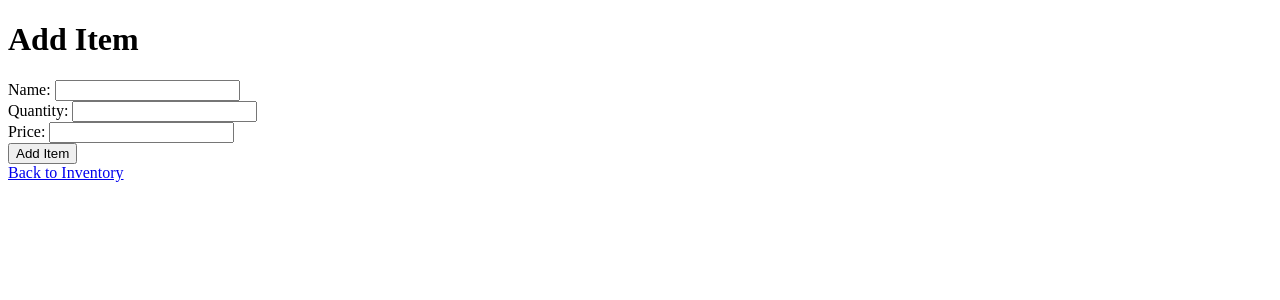
Repository: Stoldark/PLMUN
Page: http://localhost/add
These files come from the project's save history. The page is drawn as it stood at one moment and after the next save; the edit follows.
The browser window is 1280 px wide. The pictures show the whole page.
The page is served by the project's application, run on Flask 3 (tempCodeRunnerFile.py). The user the application loads for id 1 is signed in. The page reads the database file committed with the project.

Above is the page before, as saved 2024-09-22 16:57:53.

### templates/add.html
<!DOCTYPE html>
<html lang="en">
<head>
    <meta charset="UTF-8">
    <meta name="viewport" content="width=device-width, initial-scale=1.0">
    <title>Add Item</title>
</head>
<body>
    <h1>Add Item</h1>
    <form method="post">
        <label for="name">Name:</label>
        <input type="text" name="name" required><br>

        <label for="quantity">Quantity:</label>
        <input type="number" name="quantity" required><br>

        <label for="price">Price:</label>
        <input type="number" step="0.01" name="price" required><br>

        <button type="submit">Add Item</button>
    </form>
    <a href="{{ url_for('index') }}">Back to Inventory</a>
</body>
</html>

### tempCodeRunnerFile.py
from flask import Flask, render_template, request, redirect, session, url_for, flash, jsonify
from flask_wtf import FlaskForm
from wtforms import StringField, PasswordField, SubmitField
from wtforms.validators import DataRequired, Length
from flask_bcrypt import Bcrypt
from flask_login import LoginManager, UserMixin, login_user, logout_user, login_required, current_user
import sqlite3
import os

# Initialize Flask app
app = Flask(__name__)

# Set the secret key for session management
app.config['SECRET_KEY'] = 'your_secret_key'  # Change this to a secure key

# Initialize extensions
bcrypt = Bcrypt(app)
login_manager = LoginManager(app)
login_manager.login_view = 'login'

# Database connection function
def get_db_connection():
    conn = sqlite3.connect('inventory.db')
    conn.row_factory = sqlite3.Row
    return conn

# User model for Flask-Login
class User(UserMixin):
    def __init__(self, id, username, role):
        self.id = id
        self.username = username
        self.role = role

# User loader for Flask-Login
@login_manager.user_loader
def load_user(user_id):
    conn = get_db_connection()
    user = conn.execute('SELECT * FROM users WHERE id = ?', (user_id,)).fetchone()
    conn.close()
    if user:
        return User(user['id'], user['username'], user['role'])
    return None

# Registration form
class RegistrationForm(FlaskForm):
    username = StringField('Username', validators=[DataRequired(), Length(min=4, max=25)])
    password = PasswordField('Password', validators=[DataRequired(), Length(min=6, max=35)])
    role = StringField('Role', validators=[DataRequired()])
    submit = SubmitField('Register')

# Login form
class LoginForm(FlaskForm):
    username = StringField('Username', validators=[DataRequired()])
    password = PasswordField('Password', validators=[DataRequired()])
    submit = SubmitField('Login')

# Route to show inventory items
@app.route('/')
@login_required
def index():
    conn = get_db_connection()
    items = conn.execute('SELECT * FROM items').fetchall()
    conn.close()
    return render_template('index.html', items=items)

# Route to add an item
@app.route('/add', methods=('GET', 'POST'))
@login_required
def add_item():
    if request.method == 'POST':
        name = request.form['name']
        quantity = request.form['quantity']
        price = request.form['price']

        conn = get_db_connection()
        conn.execute('INSERT INTO items (name, quantity, price) VALUES (?, ?, ?)',
                     (name, quantity, price))
        conn.commit()
        conn.close()

        return redirect('/')
    return render_template('add.html')

# Route to edit an item
@app.route('/edit/<int:id>', methods=('GET', 'POST'))
@login_required
def edit_item(id):
    conn = get_db_connection()
    item = conn.execute('SELECT * FROM items WHERE id = ?', (id,)).fetchone()

    if request.method == 'POST':
        name = request.form['name']
        quantity = request.form['quantity']
        price = request.form['price']
        conn.execute('UPDATE items SET name = ?, quantity = ?, price = ? WHERE id = ?',
                     (name, quantity, price, id))
        conn.commit()
        conn.close()
        return redirect('/')

    conn.close()
    return render_template('edit.html', item=item)

# Route to delete an item
@app.route('/delete/<int:id>', methods=['POST'])
@login_required
def delete_item(id):
    conn = get_db_connection()
    conn.execute('DELETE FROM items WHERE id = ?', (id,))
    conn.commit()
    conn.close()
    return redirect('/')

# Registration route
@app.route('/register', methods=['GET', 'POST'])
def register():
    form = RegistrationForm()
    if form.validate_on_submit():
        username = form.username.data
        password = bcrypt.generate_password_hash(form.password.data).decode('utf-8')
        role = form.role.data

        conn = get_db_connection()
        conn.execute('INSERT INTO users (username, password, role) VALUES (?, ?, ?)',
                     (username, password, role))
        conn.commit()
        conn.close()

        flash('Registration successful! You can now log in.')
        return redirect(url_for('login'))
    return render_template('register.html', form=form)

# Login route
@app.route('/login', methods=['GET', 'POST'])
def login():
    form = LoginForm()
    if form.validate_on_submit():
        username = form.username.data
        password = form.password.data

        conn = get_db_connection()
        user = conn.execute('SELECT * FROM users WHERE username = ?', (username,)).fetchone()
        conn.close()

        if user and bcrypt.check_password_hash(user['password'], password):
            login_user(User(user['id'], user['username'], user['role']))
            return redirect('/')
        else:
            flash('Login Unsuccessful. Please check your username and password', 'danger')

    return render_template('login.html', form=form)

# Logout route
@app.route('/logout')
@login_required
def logout():
    logout_user()
    return redirect(url_for('index'))

# API Endpoint to get inventory items
@app.route('/api/items', methods=['GET'])
@login_required
def api_get_items():
    conn = get_db_connection()
    items = conn.execute('SELECT * FROM items').fetchall()
    conn.close()
    return jsonify([dict(item) for item in items])

# API Endpoint to add an item
@app.route('/api/items', methods=['POST'])
@login_required
def api_add_item():
    data = request.get_json()
    name = data.get('name')
    quantity = data.get('quantity')
    price = data.get('price')

    conn = get_db_connection()
    conn.execute('INSERT INTO items (name, quantity, price) VALUES (?, ?, ?)',
                 (name, quantity, price))
    conn.commit()
    conn.close()

    return jsonify({'message': 'Item added successfully'}), 201

# API Endpoint to update an item
@app.route('/api/items/<int:id>', methods=['PUT'])
@login_required
def api_update_item(id):
    data = request.get_json()
    name = data.get('name')
    quantity = data.get('quantity')
    price = data.get('price')

    conn = get_db_connection()
    conn.execute('UPDATE items SET name = ?, quantity = ?, price = ? WHERE id = ?',
                 (name, quantity, price, id))
    conn.commit()
    conn.close()

    return jsonify({'message': 'Item updated successfully'})

# API Endpoint to delete an item
@app.route('/api/items/<int:id>', methods=['DELETE'])
@login_required
def api_delete_item(id):
    conn = get_db_connection()
    conn.execute('DELETE FROM items WHERE id = ?', (id,))
    conn.commit()
    conn.close()

    return jsonify({'message': 'Item deleted successfully'})

# Run the app
if __name__ == "__main__":
    port = int(os.environ.get("PORT", 10000))  # Use PORT environment variable or default to 10000
    app.run(host="0.0.0.0", port=port, debug=True)

### inventory.db (the tables this page reads, as SQL)
CREATE TABLE users (
        id INTEGER PRIMARY KEY AUTOINCREMENT,
        username TEXT NOT NULL UNIQUE,
        password TEXT NOT NULL,
        role TEXT NOT NULL
    );
INSERT INTO "users" VALUES
(1, 'Stoldark', '$2b$12$i0Mqa5cea8pBbFSinmIz..4VJgBXWnnDkYt3rAqvmVrgWCwBsXl4O', 'Admin'),
(2, 'Eric', '$2b$12$5BeYiRheo2DNLGpAIdDfIu/9jeemr9oTFF9FkywKS857V6zqEPPLe', 'Admin'),
(3, 'Kalbo', '$2b$12$T4oBcnexPmFyclvAoOqXEOpTToENOdoxSlpFfb4sIZypqMPj9xq5a', 'Tester'),
(4, 'Panot', '$2b$12$c2CZ9X/TyyBEVZsK3EdareqkeAU/5fhJbGQMReyKLPc/TcnwLLZCS', 'Tester');

After the next save:
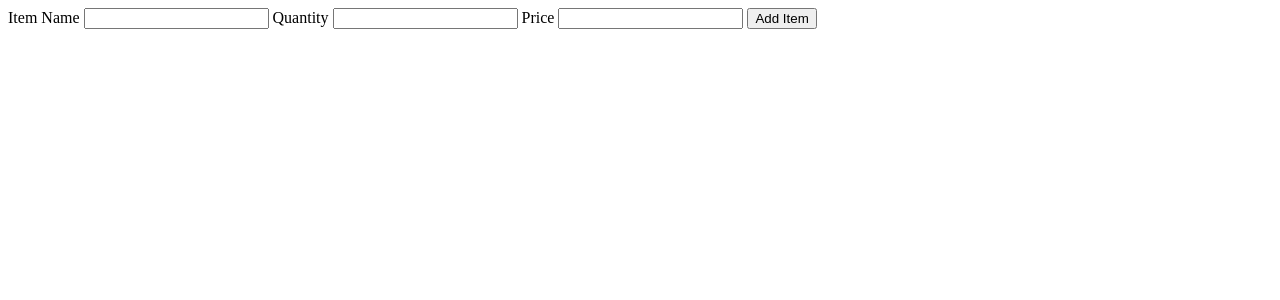
Saved 14 s later.
--- a/templates/add.html
+++ b/templates/add.html
@@ -1,24 +1,12 @@
-<!DOCTYPE html>
-<html lang="en">
-<head>
-    <meta charset="UTF-8">
-    <meta name="viewport" content="width=device-width, initial-scale=1.0">
-    <title>Add Item</title>
-</head>
-<body>
-    <h1>Add Item</h1>
-    <form method="post">
-        <label for="name">Name:</label>
-        <input type="text" name="name" required><br>
+<form method="POST">
+    <label for="name">Item Name</label>
+    <input type="text" name="name" id="name" required>
 
-        <label for="quantity">Quantity:</label>
-        <input type="number" name="quantity" required><br>
+    <label for="quantity">Quantity</label>
+    <input type="number" name="quantity" id="quantity" required>
 
-        <label for="price">Price:</label>
-        <input type="number" step="0.01" name="price" required><br>
+    <label for="price">Price</label>
+    <input type="text" name="price" id="price" required>
 
-        <button type="submit">Add Item</button>
-    </form>
-    <a href="{{ url_for('index') }}">Back to Inventory</a>
-</body>
-</html>
+    <button type="submit">Add Item</button>
+</form>
